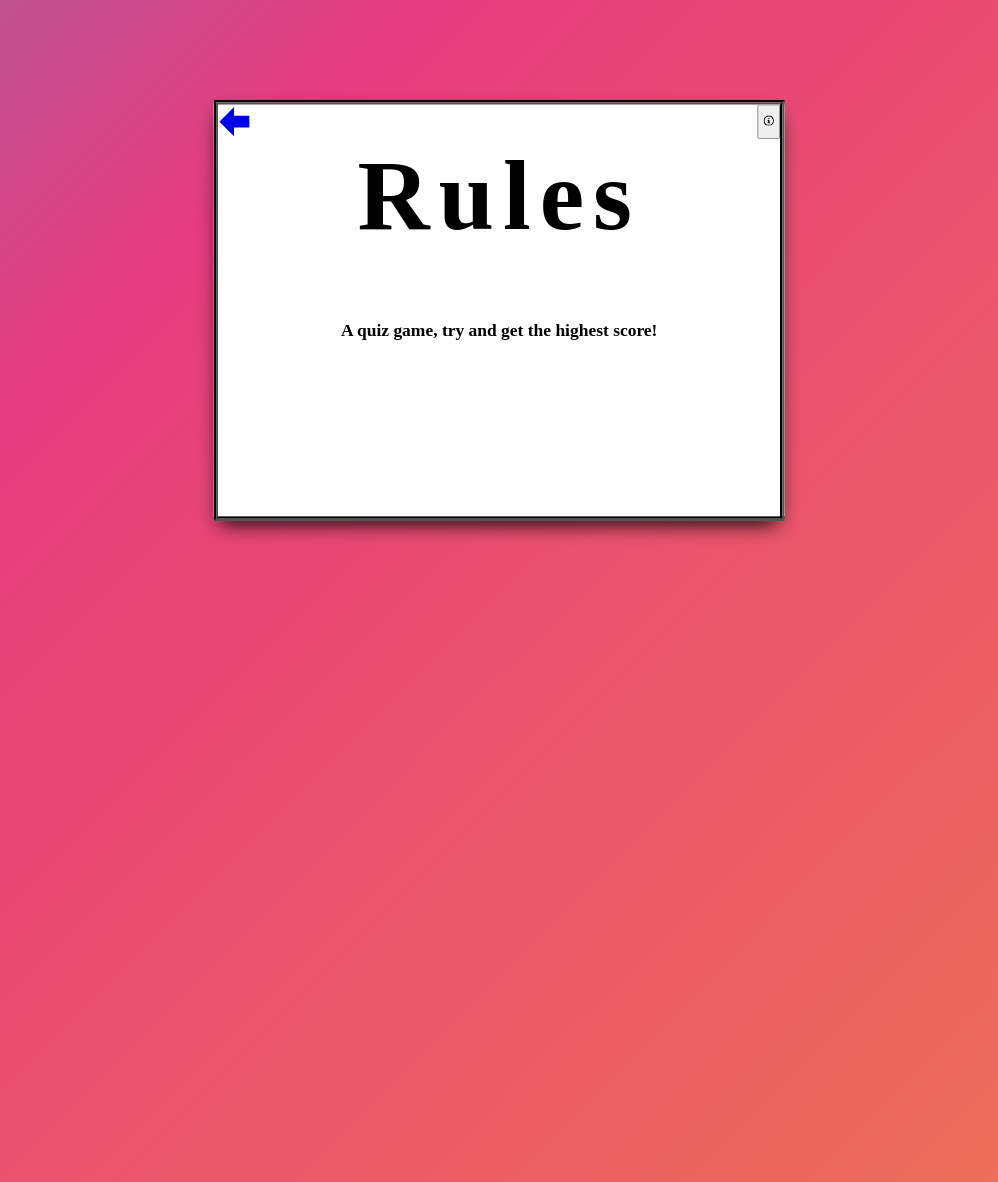
Repository: PatrickTheCodeGuy/QuizApp
Page: /newGame (app in quizapp/)
An editor plug-in stored every save of this project. The page is shown before and after the next save, followed by the edit.
The browser window is 1280 px wide. The pictures show the whole page, at 78% of full size.
The project was rebuilt for these pictures with package versions that can differ from the ones it lists, and the page was loaded fresh each time. A package was used in the major version that the imports need, not the one package.json lists. Also part of the build but not shown: quizapp/src/App.css, quizapp/src/components/Leaderboard/Leaderboard.css, quizapp/src/components/Leaderboard/Leaderboard.js, quizapp/src/components/StartMenu/StartMenu.js, quizapp/src/App.js.

Above is the page before, as saved 2021-07-08 19:02:30.

### quizapp/src/index.js
import React from 'react';
import ReactDOM from 'react-dom';
import './index.css';
import App from './App';
import GameInfo from './components/GameInfo/GameInfo';
import reportWebVitals from './reportWebVitals';
import {
  BrowserRouter as Router,
  Switch,
  Route,
  Link
} from "react-router-dom";

ReactDOM.render(
  <React.StrictMode>
    <Router>
          <Switch>
              <Route exact path="/" component={App}/>
              <Route path="/newGame" component={GameInfo}/>
          </Switch>
      </Router>
  </React.StrictMode>,
  document.getElementById('root')
);

// If you want to start measuring performance in your app, pass a function
// to log results (for example: reportWebVitals(console.log))
// or send to an analytics endpoint. Learn more: https://bit.ly/CRA-vitals
reportWebVitals();

### quizapp/src/index.css
body {
  margin: 0;
  font-family: -apple-system, BlinkMacSystemFont, 'Segoe UI', 'Roboto', 'Oxygen',
    'Ubuntu', 'Cantarell', 'Fira Sans', 'Droid Sans', 'Helvetica Neue',
    sans-serif;
  -webkit-font-smoothing: antialiased;
  -moz-osx-font-smoothing: grayscale;
  background: linear-gradient(-45deg, #ee7752, #e73c7e, #23a6d5, #23d5ab);
    background-size: 400% 400%;
    animation: gradient 15s ease infinite;
}

code {
  font-family: source-code-pro, Menlo, Monaco, Consolas, 'Courier New',
    monospace;
}
html, body, #app, #app>div {
  width: 100%;
  height:100%;
}

hr.rounded {
  border-top: 5px solid black;
    border-radius: 1px;
    width: 55%;
}

#root{
  display:flex;
}


@keyframes gradient {
    0% {
        background-position: 0% 50%;
    }
    50% {
        background-position: 100% 50%;
    }
    100% {
        background-position: 0% 50%;
    }
}

### quizapp/src/components/GameInfo/GameInfo.js
import React, { useState } from 'react';
import './GameInfo.css';
import {
	Link
} from 'react-router-dom';
import{ ImArrowLeft, ImInfo }from 'react-icons/im';
import Modal from 'react-modal';


function GameInfo() {
	// Fix for screen readers getting an error on modal mount
	Modal.setAppElement('#root');

	// Modal hook
	const [modalIsOpen, setModalIsOpen] = useState(false);
    return(
        <div className="gameInfo-container">
            <div className="gameInfo-header">
                <Link className="back-button" to="/">
																		<ImArrowLeft size="small" className="back-arrow"/>
																</Link>
																<button onClick={() => setModalIsOpen(true)}>
																	<ImInfo className="info-icon"/>
																</button>
																<Modal onRequestClose={() => setModalIsOpen(false)} isOpen={modalIsOpen}>
																		<h1>Modal is Open</h1>
																</Modal>
            </div>
            <div className="gameInfo-body">
																<h1 className="menu-text">Rules</h1>
                <p className="regular-text">A quiz game, try and get the highest score!</p>
            </div>

												</div>
    )
}

export default GameInfo;

### quizapp/src/components/GameInfo/GameInfo.css
.gameInfo-container{
    border: 6px groove black;
    text-align: center;
    background-color: white;
    box-shadow: 0px 12px 25px -8px #000000;
    width: 45em;
    height: 33em;
    margin: 10% auto;
}

.back-button{
    width: 40px;
}

.gameInfo-header{
    display: flex;
    justify-content: space-between;
}

### quizapp/src/components/StartMenu/StartMenu.css
.menu-text{
    font-family: 'Pacifico', cursive;
    font-size: 8em;
    letter-spacing: 0.09em;
    margin-top: 0%;
}

.regular-text{
    font-family:fantasy;
    font-weight:900;
    font-size: 1.4em;
    margin-bottom: 10%;
}

.button-start{
    padding: 20px 50px;
    font-family: 'Press Start 2P', cursive;
    height: 12%;
    background: linear-gradient(-42deg, #ee7752, #e73c7e, #23a6d5, #23d5ab);
    background-size: 400% 400%;
    animation: gradient 13s ease infinite;
    margin-top: 5%;
    color: white;
    border: none;
    font-size: x-large;
    font-weight: 600;
    transition: background-color 0.1s ease;
}

.button-start:hover{
    background: linear-gradient(-42deg, #a45137, #91254e, #15607b, #158268);
    background-size: 400% 400%;
    animation: gradient 13s ease infinite;
    color: black;
}

.button-start:active {
    border: 2px solid rgba(0, 0, 0, 0.564);
    background: white;
    color: rgb(43, 43, 43);
    transform: translateY(4px);
}

.menu-container{
    border: 6px groove black;
    text-align: center;
    background-color: white;
    box-shadow: 0px 12px 25px -8px #000000;
    width: 45em;
    height: 33em;
    margin: 20% 15%;
}

Loaded but not shown: quizapp/src/reportWebVitals.js (common file)

After the next save:
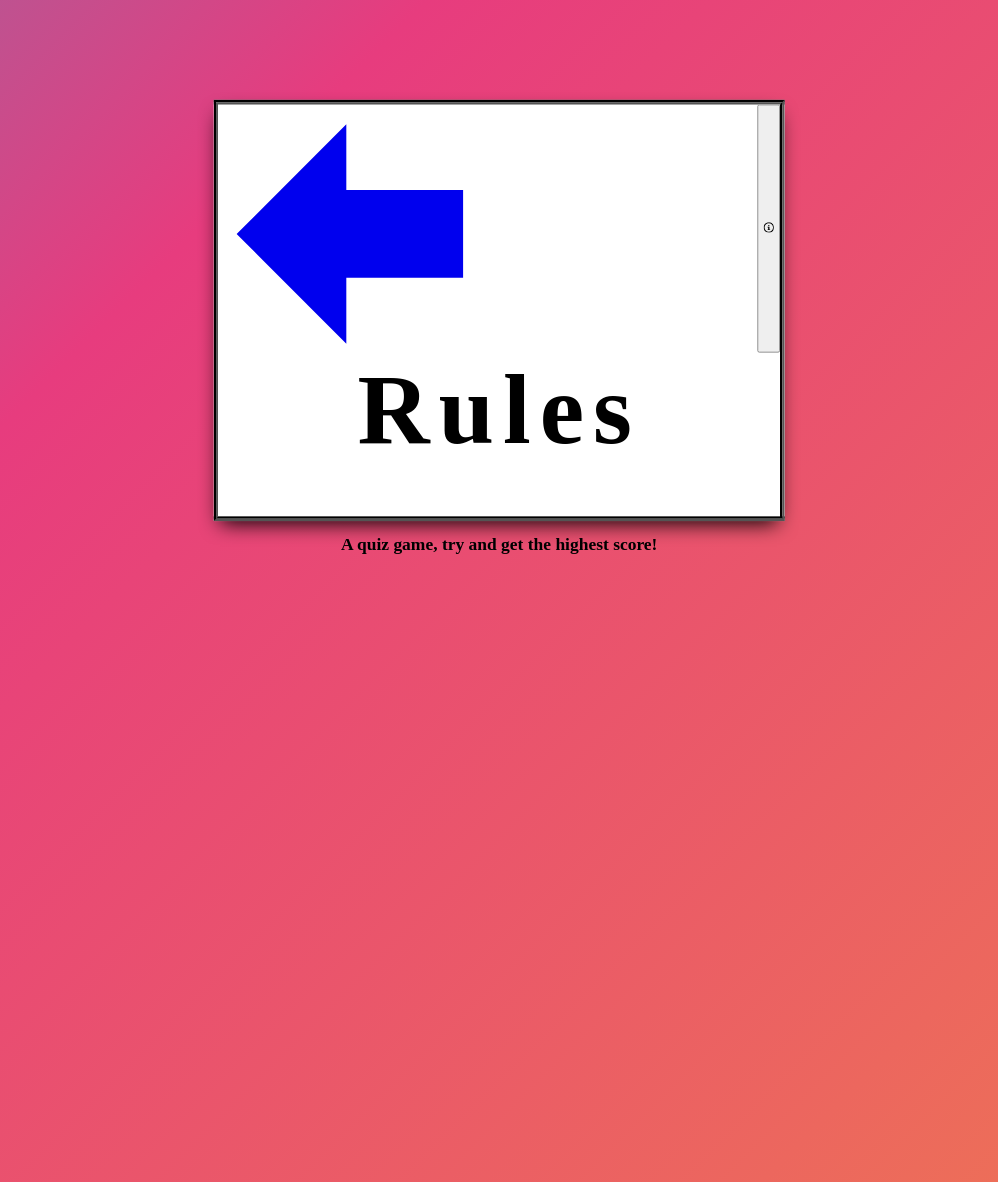
Saved 81 s later.
--- a/quizapp/src/components/GameInfo/GameInfo.css
+++ b/quizapp/src/components/GameInfo/GameInfo.css
@@ -8,8 +8,9 @@
     margin: 10% auto;
 }
 
-.back-button{
-    width: 40px;
+.back-button {
+    margin-left: 2%;
+    margin-top: 2%;
 }
 
 .gameInfo-header{
